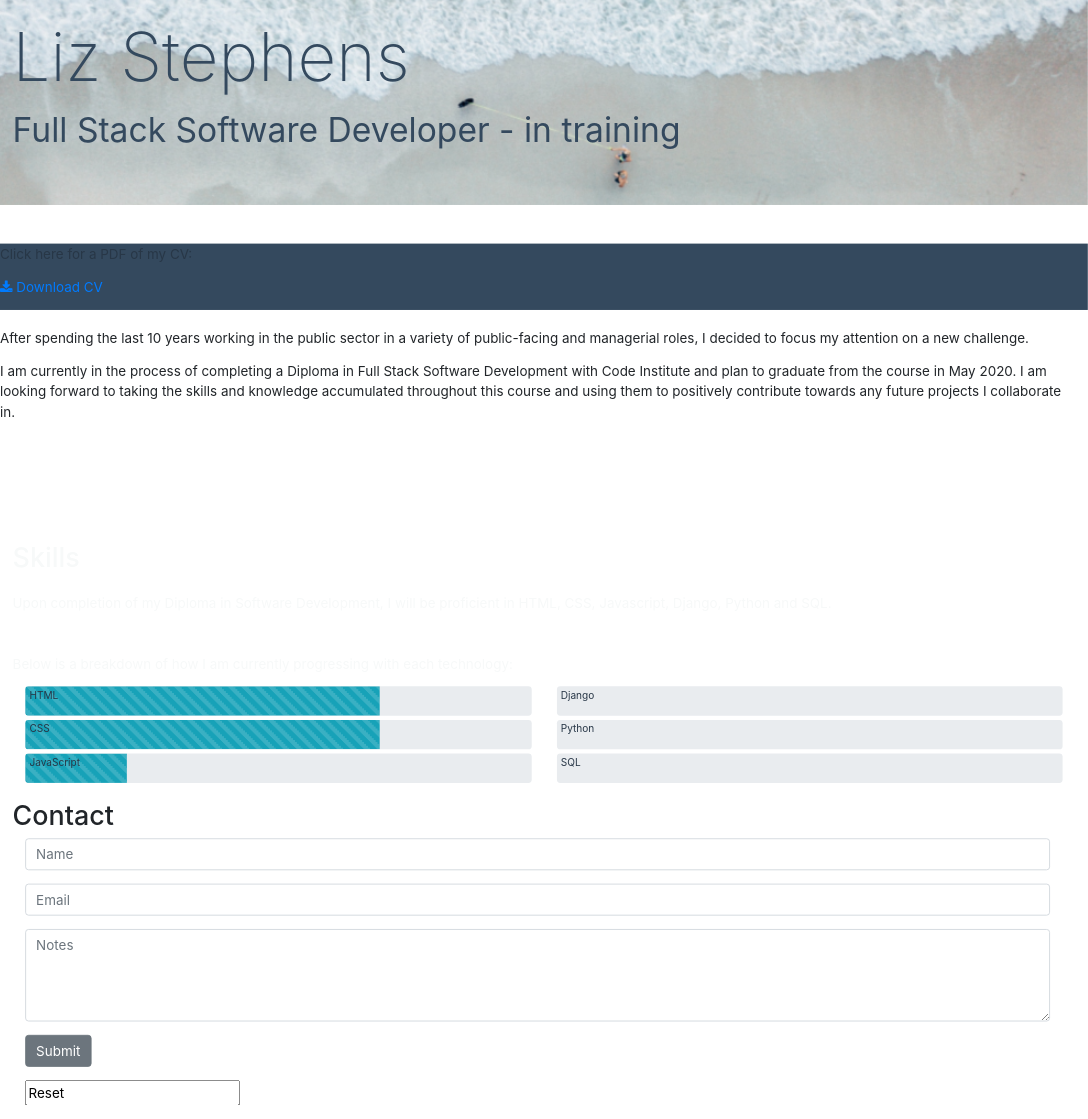
Repository: Liz94688/portfolio-site
Page: index.html
The author's editor kept a record of every edit. The page is drawn from the files as they stood at one moment, then again after the next edit.
The browser window is 1280 px wide. The page is 1295 px wide, so the pictures cover 1295 px, including what lies to the right of the window. The pictures show the whole page, at 84% of full size.

Above is the page before.

### index.html
<!DOCTYPE html>
<html lang="en">

<head>
    <meta charset="UTF-8">
    <meta name="viewport" content="width=device-width, initial-scale=1.0">
    <meta http-equiv="X-UA-Compatible" content="ie=edge">
    <link rel="stylesheet" href="https://stackpath.bootstrapcdn.com/bootstrap/4.3.1/css/bootstrap.min.css" type="text/css" />
    <link rel="stylesheet" href="https://stackpath.bootstrapcdn.com/font-awesome/4.7.0/css/font-awesome.min.css" type="text/css" />
    <link rel="stylesheet" href="assets/css/style.css" type="text/css" />
    <title>Liz Stephens Portfolio - Full Stack Web Developer</title>
</head>

<body>
    <header>
        <div class="row header-image">
            <div class="col">
                <h1 class="header-name">Liz Stephens</h1>
                <h2 class="header-title">Full Stack Software Developer - in training</h2>
            </div>
        </div>

        <div class="row header-nav">
            <div class="col">
                <ul id="nav" class="list-inline header-nav-container">
                    <li class="col-sm-4 header-nav-color-home list-inline-item">
                        <a href="#"><span>Home</span></a>
                    </li>
                    <li class="col-sm-4 header-nav-color-skills list-inline-item">
                        <a href="#"><span>Skills</span></a>
                    </li>
                    <li class="col-sm-4 header-nav-color-contact list-inline-item">
                        <a href="#"><span>Contact</span></a>
                    </li>
                </ul>
            </div>
        </div>
        </div>
    </header>
    <section>

    </section>
    <footer>
        <div class="row footer-nav">
            <div class="col">
                <p>Click here for a PDF of my CV: </p>
                <a href="#"><i class="fa fa-download" aria-hidden="true"></i><span> Download CV </span></a>
            </div>
        </div>
    </footer>
</body>

</html>








































After spending the last 10 years working in the public sector in a variety of public-facing and managerial roles, I decided to focus my attention on a new challenge.</strong></p>

I am currently in the process of completing a Diploma in Full Stack Software Development with Code Institute and plan to graduate from the course in May 2020. I am looking forward to taking the skills and knowledge accumulated throughout this course and
                    using them to positively contribute towards any future projects I collaborate in.</strong></p>


<!--*****Skills*****-->
<section id="skills-intro ">
    <div class="container-fluid ">
        <div class="row ">
            <h2 class="skills-title ">
                Skills
            </h2>
        </div>
        <div class="row ">
            <p class="skills-progression ">Upon completion of my Diploma in Software Development, I will be proficient in HTML, CSS, Javascript, Django, Python and SQL.</p>
            <br>
            <br>
            <br>
            <p class="skills-progression ">Below is a breakdown of how I am currently progressing with each technology:</p>
        </div>
        <div class="row progress-bars ">
            <div class="col-sm-12 col-md-6 ">
                <div class="progress ">
                    <div class="progress-bar-animated progress-bar-striped bg-info " role="progressbar " style="width: 70% " aria-valuenow="70 " aria-valuemin="0 " aria-valuemax="100 ">
                        <span class="sr-only ">70% complete</span>
                    </div>
                    <span class="progress-type ">HTML</span>
                </div>
                <div class="progress ">
                    <div class="progress-bar-animated progress-bar-striped bg-info " role="progressbar " style="width: 70% " aria-valuenow="70 " aria-valuemin="0 " aria-valuemax="100 ">
                        <span class="sr-only ">70% complete</span>
                    </div>
                    <span class="progress-type ">CSS</span>
                </div>
                <div class="progress ">
                    <div class="progress-bar-animated progress-bar-striped bg-info " role="progressbar " style="width: 20% " aria-valuenow="20 " aria-valuemin="0 " aria-valuemax="100 ">
                        <span class="sr-only ">20% complete</span>
                    </div>
                    <span class="progress-type ">JavaScript</span>
                </div>
            </div>
            <div class="col-sm-12 col-md-6 ">
                <div class="progress ">
                    <div class="progress-bar-animated progress-bar-striped bg-info " role="progressbar " style="width: 0% " aria-valuenow="0 " aria-valuemin="0 " aria-valuemax="100 ">
                        <span class="sr-only ">0% complete</span>
                    </div>
                    <span class="progress-type ">Django</span>
                </div>
                <div class="progress ">
                    <div class="progress-bar-animated progress-bar-striped bg-info " role="progressbar " style="width: 0% " aria-valuenow="0 " aria-valuemin="0 " aria-valuemax="100 ">
                        <span class="sr-only ">0% complete</span>
                    </div>
                    <span class="progress-type ">Python</span>
                </div>
                <div class="progress ">
                    <div class="progress-bar-animated progress-bar-striped bg-info " role="progressbar " style="width: 0% " aria-valuenow="0 " aria-valuemin="0 " aria-valuemax="100 ">
                        <span class="sr-only ">0% complete</span>
                    </div>
                    <span class="progress-type ">SQL</span>
                </div>
            </div>
        </div>
    </div>
</section>

<!--*****Contact Me*****-->
<section id="contact-me ">
    <div class="container-fluid ">
        <div class="contact-title ">
            <h2>
                Contact
            </h2>
        </div>
        <div class="contact-form ">
            <div class="contact-groups col-sm-12 ">
                <form>
                    <div class=" form-group ">
                        <input type="text " name="Name " class="form-control " placeholder="Name " required>
                    </div>
                    <div class="form-group ">
                        <input type="email " name="Email " class="form-control " placeholder="Email " required>
                    </div>
                    <div class="form-group ">
                        <textarea rows="4 " name="Notes " class="form-control " placeholder="Notes "></textarea>
                    </div>

                    <div class="form-group ">
                        <button type="submit " class="btn btn-secondary ">Submit</button>
                    </div>
                    <div class="form-group ">
                        <input type="reset " value="Reset ">
                    </div>
                </form>
            </div>
        </div>
    </div>
</section>

### assets/css/style.css
@import url('https://fonts.googleapis.com/css?family=Montserrat&display=swap:100,200,300,400,500,600,700');

/*------------------------------Header*/

header {
    margin: 0;
}

.header-image {
    background-image: url('../images/welcome-view.jpg');
    background-position: center;
    background-repeat: no-repeat;
    background-size: cover;
    min-height: 240px;
    transition: all .5s ease-in-out;
    -moz-transition: all .5s ease-in-out;
    -webkit-transition: all .5s ease-in-out;
}

.header-name {
    font-weight: 200;
    font-size: 80px;
    color: #34495E;
    margin-top: 20px;
    padding-left: 15px;
}

.header-title {
    font-weight: 400;
    font-size: 40px;
    color: #34495E;
    margin-top: 15px;
    margin-bottom: 50px;
    padding-left: 15px;
}

/*------------------------------Header-Nav*/

.col {
    padding: 0;
}

ul {
    background-color: #34495E;
}

li a {
    color: #fff;
    padding: 0;
    text-decoration: none;
}

.list-inline-item:not(:last-child) {
    margin: 0;
}

.header-nav-container {
    font-size: 0;
}

#nav li {
    padding: 0;
}

.header-nav-item {
    height: 100px;
    text-align: center;
}

.header-nav-item a {
    width: 100%;
    text-decoration: none;
    color: #fff;
}

.header-nav-item span {
    display: block;
    padding-top: 15px;
    font-size: 20px;
    letter-spacing: 1px;
}

.header-nav-color-home:hover {
    background-color: #2980B9;
}

.header-nav-color-skills:hover {
    background-color: #1ABC9C;
}

.header-nav-color-contact:hover {
    background-color: #EC7063;
}

.header-nav-color-home.active {
    background-color: #2980B9;
}

.header-nav-color-skills.active {
    background-color: #1ABC9C;
}

.header-nav-color-contact.active {
    background-color: #EC7063;
}

/*----------About Me----------*/

/*----------Skills----------*/

#skills-intro {
    background-color: #393938;
    background-size: cover;
    height: 100vh;
    width: 100vw;
    margin-bottom: 0px;
    margin-top: 0px;
}

.container {
    margin: 0;
}

.skills-title {
    padding-top: 10%;
    color: #F7F9F9;
}

.skills-progression {
    margin: 0;
    color: #F7F9F9;
}

.row {
    padding-left: 15px;
    padding-bottom: 15px;
    color: #283747
}

.progress {
    position: relative;
    height: 35px;
    margin-bottom: 5px;
}

.progress-type {
    position: absolute;
    color: #283747;
    left: 0px;
    padding: 2px 30px 2px 5px;
}

/*----------Contact----------*/

/*----------Footer----------*/

footer {
    min-height: 100px;
    margin: 0;
}

.footer-nav {
    background-color: #34495E;
    margin-top: 15px;
    margin-bottom: 50px;
}

.footer-nav-item {
    height: 100px;
    text-align: right;
    padding: 15px 20px;
    color: #fff;
}

.footer-nav-item a {
    text-decoration: none;
    color: #fff;
}

.footer-nav-item a i {
    font-size: 20px;
    padding: 10px;
}

After the next edit:
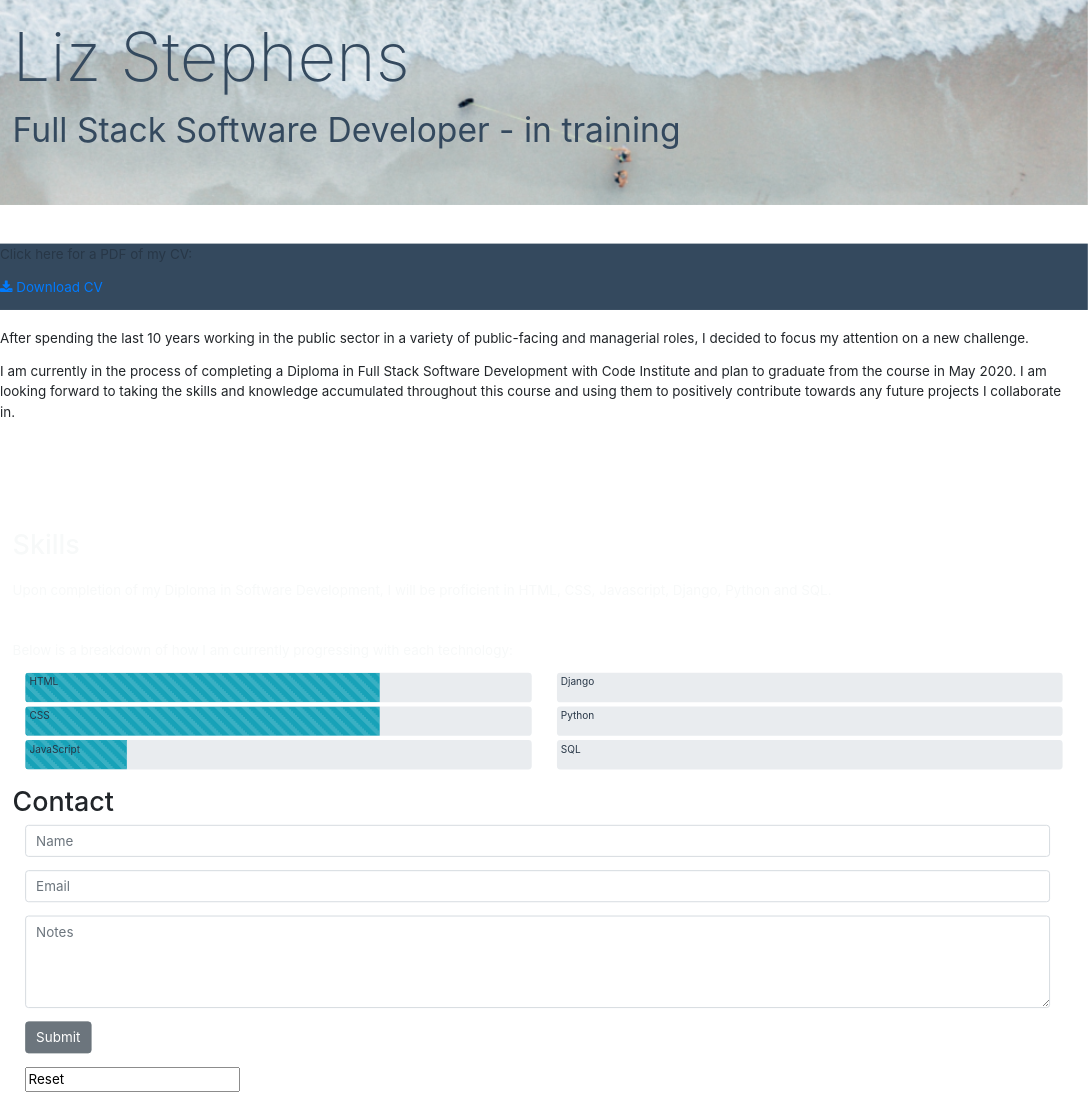
The edit:
--- a/index.html
+++ b/index.html
@@ -94,7 +94,7 @@
 After spending the last 10 years working in the public sector in a variety of public-facing and managerial roles, I decided to focus my attention on a new challenge.</strong></p>
 
 I am currently in the process of completing a Diploma in Full Stack Software Development with Code Institute and plan to graduate from the course in May 2020. I am looking forward to taking the skills and knowledge accumulated throughout this course and
-                    using them to positively contribute towards any future projects I collaborate in.</strong></p>
+                    using them to positively contribute towards any future projects I collaborate in.
 
 
 <!--*****Skills*****-->
